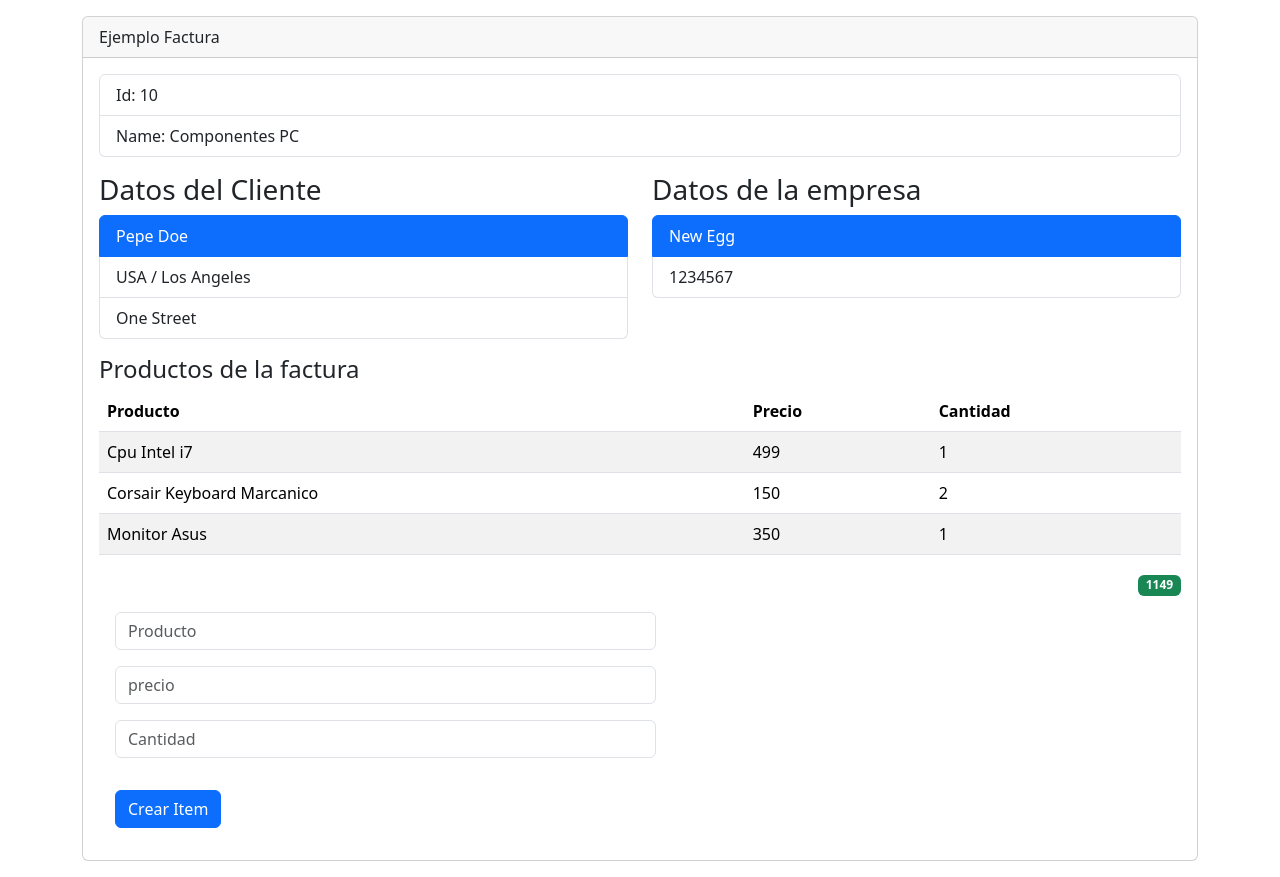
Repository: bryanesteban/4-invoice-app
Page: /
The author's editor kept a copy of each file at every save. The page is drawn from the files as they stood at one save, then again after the next save.
The browser window is 1280 px wide. The pictures show the whole page.
The project was rebuilt for these pictures with package versions that can differ from the ones it lists, and the page was loaded fresh each time. Also part of the build but not shown: vite.config.js.

Above is the page before, as saved 2023-11-25 05:56:56.

### index.html
<!doctype html>
<html lang="en">
  <head>
    <meta charset="UTF-8" />
    <link rel="icon" type="image/svg+xml" href="/vite.svg" />
    <link href="https://cdn.jsdelivr.net/npm/bootstrap@5.3.2/dist/css/bootstrap.min.css" rel="stylesheet" integrity="sha384-T3c6CoIi6uLrA9TneNEoa7RxnatzjcDSCmG1MXxSR1GAsXEV/Dwwykc2MPK8M2HN" crossorigin="anonymous">
    <meta name="viewport" content="width=device-width, initial-scale=1.0" />
    <title>Vite + React</title>
  </head>
  <body>
    <div id="root"></div>
    <script type="module" src="/src/main.jsx"></script>
  </body>
</html>

### src/main.jsx
import React from 'react'
import ReactDOM from 'react-dom/client'
import { InvoiceApp } from './InvoiceApp'


ReactDOM.createRoot(document.getElementById('root')).render(
  <React.StrictMode>
    <InvoiceApp />
  </React.StrictMode>,
)

### src/InvoiceApp.jsx
import { getInvoice, calculateTotal } from "./services/getInvoice"
import { ClientView } from "./components/ClientView";
import { CompanyView } from "./components/CompanyView";
import { InvoiceView } from "./components/InvoiceView";
import { ListItemsView } from "./components/ListItemsView";
import { TotalView } from "./components/totalView";
import { useEffect, useState } from "react";
import { FormItemsView } from "./components/FormItemsView";

const invoiceInitial = {
    id: 10,
    name: '',
    client:{
        name:'',
        lastname:'',
        address:{
            country:'',
            city: '',
            street:' ',
            numeber:0
        }
    },
        company:{
            name:'',
            fiscalNumber: 0,
        },
        items: []
}

export const InvoiceApp = () =>{

    const [total, setTotal] = useState(0);

    const [counter, setCounter] = useState(4);

    const [invoice, setInvoice] = useState(invoiceInitial);

    const [items, setItems] = useState([]);

    const {id, name, client, company} = invoice;



    useEffect(() => {
        const data = getInvoice();
        console.log(invoice);
        setInvoice(data);
        setItems(data.items);

    }, []);




    useEffect( () => {
        //console.log('El counter cambio!');

    }, [counter]);

    useEffect( () => {

        setTotal(calculateTotal(items));
        //console.log('El items cambio!');

    }, [items]);

    const handlerAddItems = ({product, price, quantity}) => {


        setItems([...items, {
            id: counter,
            product: product.trim(),
            price: +price.trim(),
            quantity: parseInt(quantity.trim(), 10)
        }]);

        setCounter(counter + 1);
    }

    return(
       <>
        <div className="container">

            <div className="card my-3" >

                <div className= "card-header">

                    Ejemplo Factura
                </div>

                <div className="card-body">
                       <InvoiceView id= {id} name ={name}/>
                    <div className="row my-3">
                        <div className="col">
                           <ClientView title= "Datos del Cliente" client = {client} />
                        </div>
                        <div className="col">
                           <CompanyView title= "Datos de la empresa" company ={company} />
                        </div>
                    </div>
                    <ListItemsView title="Productos de la factura" items={items} />
                    <TotalView total={total}></TotalView>
                    <FormItemsView handler={ handlerAddItems } />
                </div>
            </div>
        </div>

       </>
    )
}

### src/services/getInvoice.js
import { invoice } from "../data/invoice"

export const getInvoice = () => {

    //console.log(invoice);

    /*let total = 0;
    invoice.items.forEach( items =>{
        total =total + items.price * items.quantity;

    });*/

    const total = calculateTotal(invoice.items);

    return {...invoice,total};
}

export const calculateTotal = (items = []) =>{
    return items
    .map( item => item.price * item.quantity)
    .reduce((accumulator,currentValue) => accumulator + currentValue, 0)
}

### src/components/ClientView.jsx
import PropTypes from 'prop-types';

export const ClientView = ({title, client}) =>{
    const {
        name: nameClient,
        lastname,
        address:{
            country,
            city,
            street,
            number}
         } = client;

    //const { country, city, street, number} = address;

    return (
        <>
         <h3>{title}</h3>
                            <ul className="list-group">
                                <li className="list-group-item active">{nameClient} {lastname}</li>
                                <li className="list-group-item">{country} / {city}</li>
                                <li className="list-group-item">{street} {number}</li>
                            </ul>
        </>
    )
}

ClientView.protoTypes ={
    title: PropTypes.string.isRequired,
    client: PropTypes.object.isRequired,
}

### src/components/CompanyView.jsx
import PropTypes from 'prop-types';

export const CompanyView = ({title, company}) => {


    return (
        <>
        <h3>{ title }</h3>
                            <ul className="list-group">
                                <li className="list-group-item active"> {company.name}</li>
                                <li className="list-group-item"> {company.fiscalNumber}</li>
                            </ul>
        </>
    )
}

CompanyView.propTypes = {
    title: PropTypes.string.isRequired,
    company: PropTypes.object.isRequired,

}

### src/components/InvoiceView.jsx
import PropTypes from 'prop-types';
export const InvoiceView = ({id, name}) =>{

    return (
        <>
         <ul className ="list-group">
                            <li className="list-group-item">Id: {id}</li>
                            <li className="list-group-item">Name: {name}</li>
                        </ul>

        </>
    )
}

InvoiceView.propTypes = {
    id: PropTypes.number.isRequired,
    name: PropTypes.string.isRequired
}

### src/components/ListItemsView.jsx
import { RowItemView } from "./RowItemView"
import PropTypes from 'prop-types';

export const ListItemsView  = ({title, items}) => {

    return (
        <>
        <h4> {title}</h4>
                    <table className="table table-striped table-hover">
                        <thead>
                            <tr>
                                <th>Producto</th>
                                <th>Precio</th>
                                <th>Cantidad</th>
                            </tr>
                        </thead>
                        <tbody>
                            {items.map(({id, product, price,quantity}) => (
                                    <RowItemView key={ id } product={product} price={price} quantity={quantity} />
                            ))}
                        </tbody>

                    </table>
        </>
    )

}

ListItemsView.propTypes = {
    title : PropTypes.string.isRequired,
    items: PropTypes.array.isRequired,
}

### src/components/totalView.jsx
export const TotalView  = ({total}) =>{


    return (
    <>
    <div className="text-end">
        <span className="badge bg-success">{total}</span>
    </div>
    </>
    )
}

### src/components/FormItemsView.jsx
import { useEffect, useState } from "react";


export const FormItemsView = ({ handler })  => {

    const [formItemsState, setformItemsState] = useState({
        product: '',
        price: '',
        quantity: '',
    });

    const {product, price, quantity} = formItemsState;

    useEffect( () => {
        //console.log('El precio cambio!');

    }, [price]);


    useEffect( () => {
        //console.log('El formItemsState cambio!');

    }, [formItemsState]);

    const onInputChange = ({ target: {name, value} }) => {
        setformItemsState({
            ...formItemsState,
            [ name ]: value
        });
        //console.log(value);
        //console.log(name);
    }

    const onInvoiceItemsSubmit = (event) => {
        event.preventDefault();
        if(product.trim().length <= 1) return;

        if(price.trim().length < 1 || isNaN(price.trim())){
            alert('Error el precio no es un numero');
            return;
         }
        if(quantity.trim().length < 1 || isNaN(quantity.trim())){
           alert('Error la cantidad no es un numero');
           return;
        }

        handler(formItemsState);

        setformItemsState({
            product: '',
            price: '',
            quantity: '',
        })

    }

    return(<>
    <form className="w-50" onSubmit={ event => onInvoiceItemsSubmit(event) }>
                        <input type="text"
                               name="product"
                               value={ product}
                               placeholder="Producto"
                               className="form-control m-3"
                               onChange={ onInputChange }/>

                        <input type="text"
                               name="price"
                               value={price}
                               placeholder="precio"
                               className="form-control m-3"
                               onChange={ event => onInputChange(event) }/>

                        <input type="text"
                               name="quantity"
                               value={quantity}
                               placeholder="Cantidad"
                               className="form-control m-3"
                               onChange={ onInputChange }/>

                        <button type ="submit"
                                className="btn btn-primary m-3">
                                Crear Item
                        </button>
                    </form>
    </>)
}

### src/data/invoice.js
export const invoice ={
    id: 10,
    name: 'Componentes PC',
    client:{
        name:'Pepe',
        lastname:'Doe',
        address:{
            country:'USA',
            city: 'Los Angeles',
            street:' One Street',
            numeber:12
        }
    },
        company:{
            name:'New Egg',
            fiscalNumber: 1234567,
        },
        items: [
           {
            id: 1,
            product: 'Cpu Intel i7',
            price: 499,
            quantity: 1,
           },
           {
            id: 2,
            product: 'Corsair Keyboard Marcanico',
            price: 150,
            quantity: 2,
           },
           {
            id: 3,
            product: 'Monitor Asus',
            price: 350,
            quantity: 1,
           },

        ]


}

### src/components/RowItemView.jsx
import PropTypes from 'prop-types';

export const RowItemView = ({product, price, quantity}) => {
    return (
        <>
             <tr >
                    <td>{product}</td>
                    <td>{price}</td>
                    <td>{quantity}</td>
            </tr>
        </>
    )
}


RowItemView.propTypes = {
    product :  PropTypes.string.isRequired,
    price : PropTypes.number.isRequired,
    quantity : PropTypes.number.isRequired,
}

After the next save:
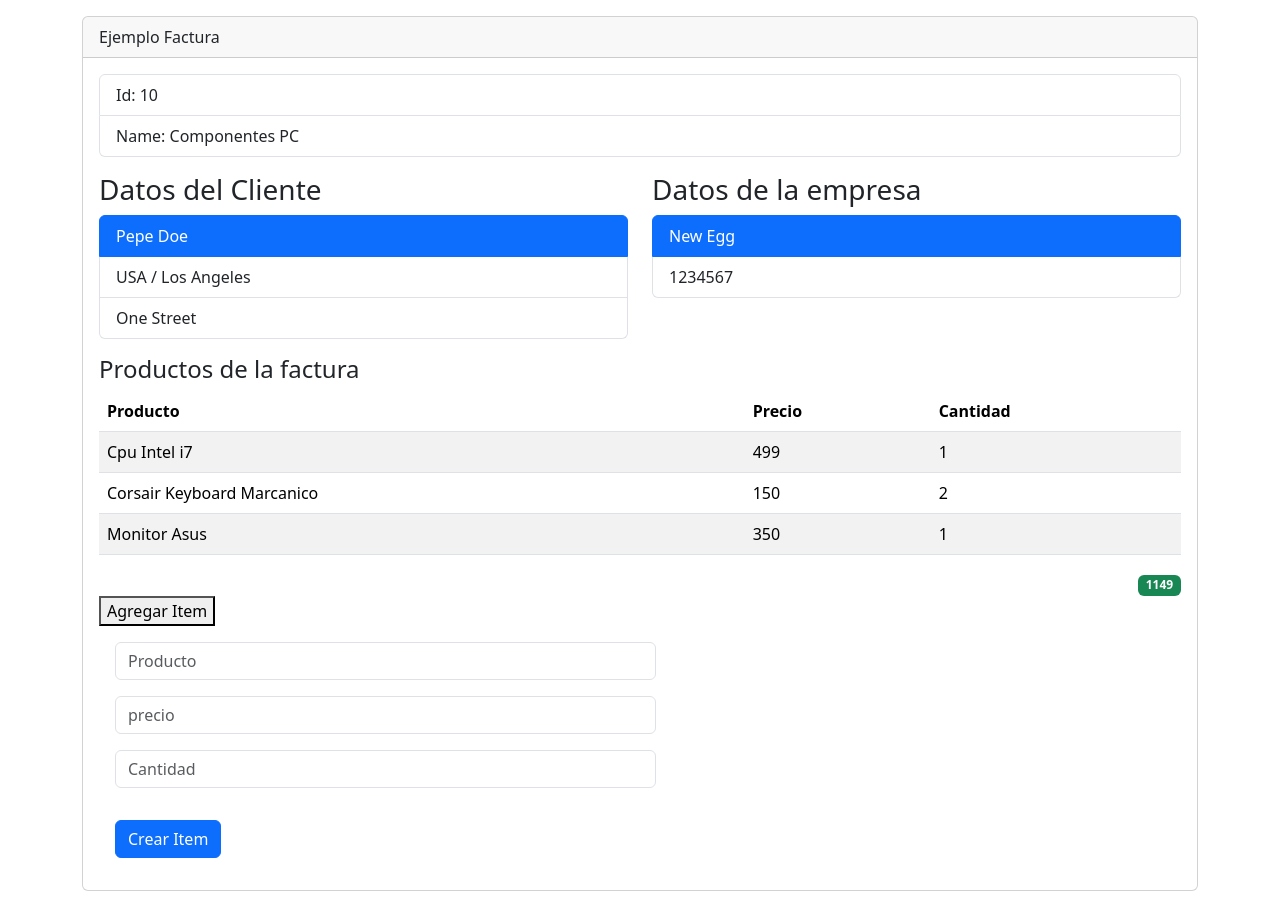
Saved 47 h 1 min later.
--- a/src/InvoiceApp.jsx
+++ b/src/InvoiceApp.jsx
@@ -100,6 +100,7 @@ export const InvoiceApp = () =>{
                     </div>
                     <ListItemsView title="Productos de la factura" items={items} />
                     <TotalView total={total}></TotalView>
+                    <button>{ 'Agregar Item' }</button>
                     <FormItemsView handler={ handlerAddItems } />
                 </div>
             </div>
